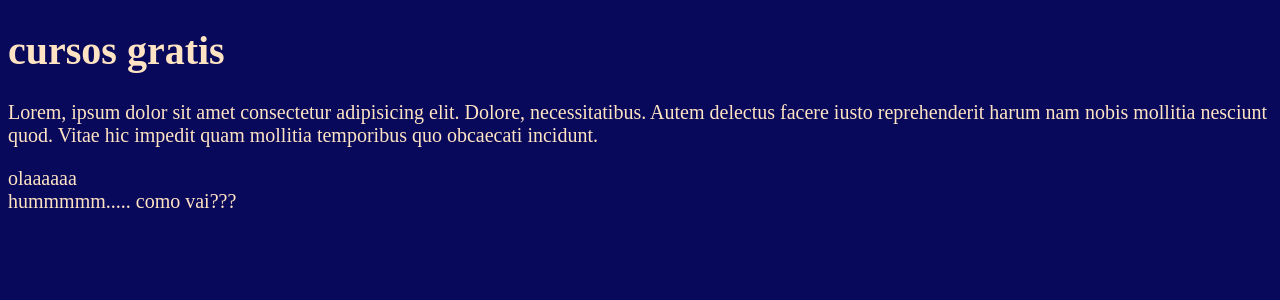
Repository: YuaneCastro/CRIANDO-UM-SITE--CURSO-GIT--GIT-HUB
Page: index.html
These files come from the project's save history. The page is drawn as it stood at one moment and after the next save; the edit follows.
The browser window is 1280 px wide. The pictures show the whole page.

Above is the page before, as saved 2025-08-14 00:29:39.

### index.html
<!DOCTYPE html>
<html lang="en">
<head>
    <meta charset="UTF-8">
    <meta name="viewport" content="width=device-width, initial-scale=1.0">
    <title>Document</title>
    <link rel="stylesheet" href="/index.css">
</head>
<body>
    <head>
        <h1>cursos gratis</h1>
    </head>
    <section>
        <p>Lorem, ipsum dolor sit amet consectetur adipisicing elit. Dolore, necessitatibus. Autem delectus facere iusto reprehenderit harum nam nobis mollitia nesciunt quod. Vitae hic impedit quam mollitia temporibus quo obcaecati incidunt.
        </p>
        <div>olaaaaaa</div>
        <div>hummmmm..... como vai???</div>
    </section>
    <script src="/index.js"></script>
</body>
</html>

### index.css
body{
    background: rgb(9, 9, 91);
    font-size: 20px;
    font-style: normal;
    color: bisque;
}
h1{
    color: bisque;
}

Loaded but not shown: index.js (no stored copy; drawn as an empty file)

After the next save:
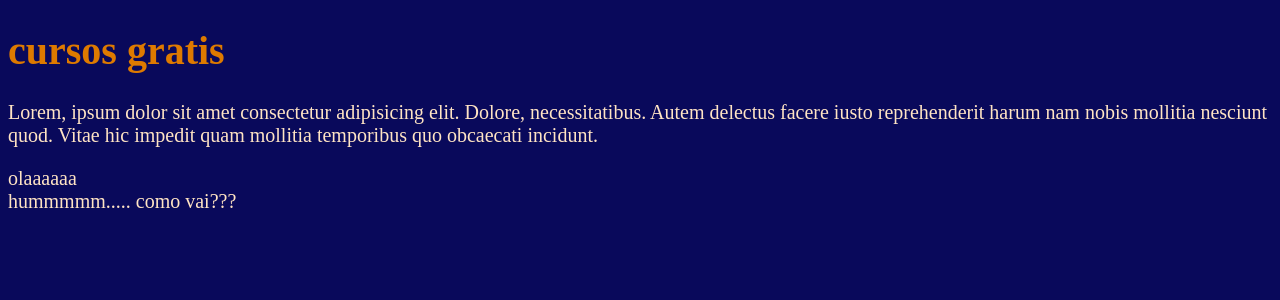
Saved 5 s later.
--- a/index.css
+++ b/index.css
@@ -5,5 +5,5 @@
     color: bisque;
 }
 h1{
-    color: bisque;
+    color: rgb(222, 122, 0);
 }
